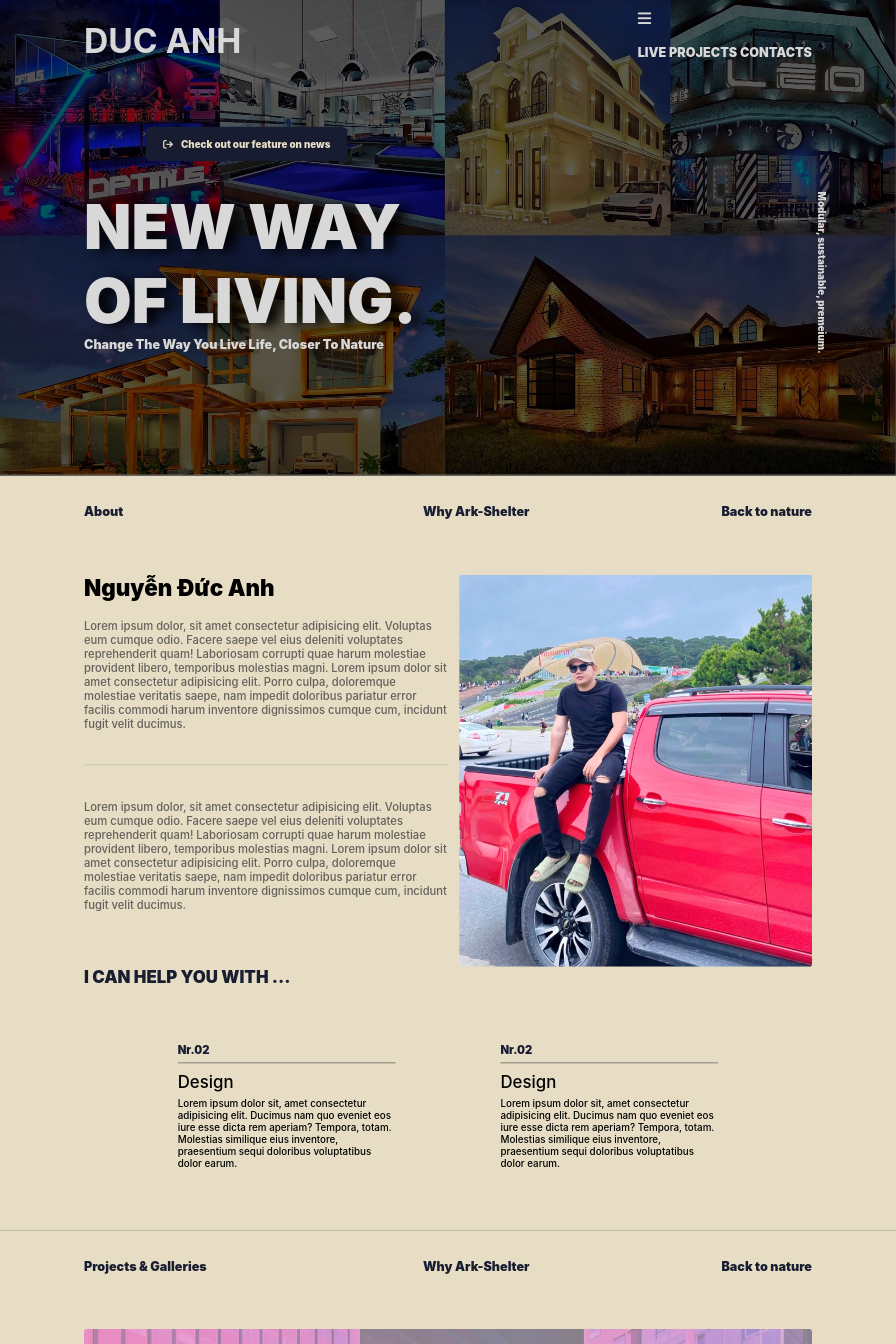
Repository: Ethanxcode/DucAnhNguyen
Page: index.html
These files come from the project's save history. The page is drawn as it stood at one moment and after the next save; the edit follows.
The browser window is 1280 px wide. The pictures show the part of the page from y = 0 to 1920 px (the page is 5343 px tall), at 70% of full size.

Above is the page before, as saved 2023-02-06 13:28:32.

After the next save:
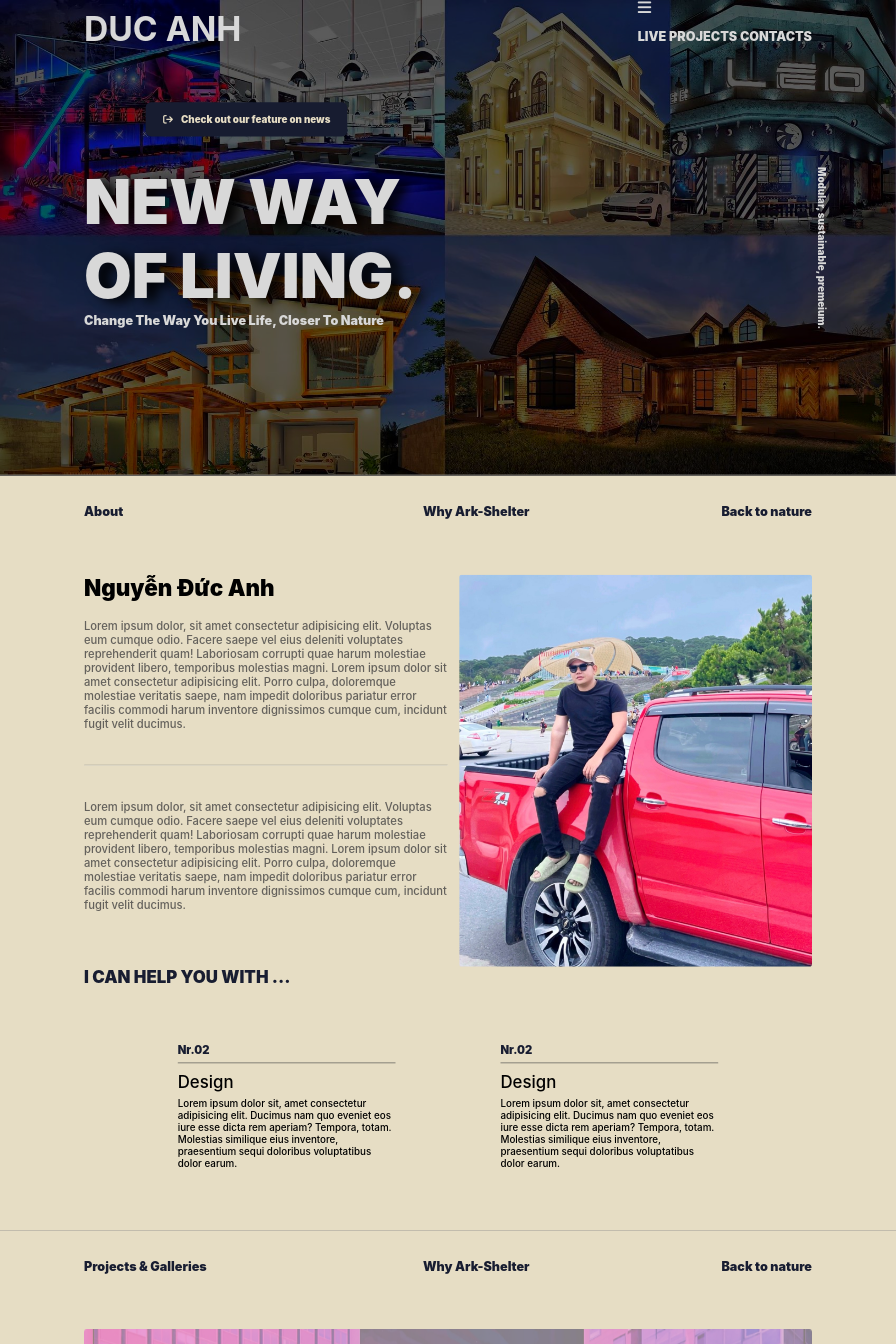
Saved 67 s later.
--- a/index.html
+++ b/index.html
@@ -24,8 +24,8 @@
 							<h2 class="textLogo">Duc Anh</h2>
 						</a>
 					</li>
-					<li class="subHeaderMenu">
-						<ul>
+					<li >
+						<ul class="subHeaderMenu">
 							<li><i class="fa-solid fa-bars burgerMenu"></i>
 								<ul class="subNavHeaderMenu">
 									<li>
